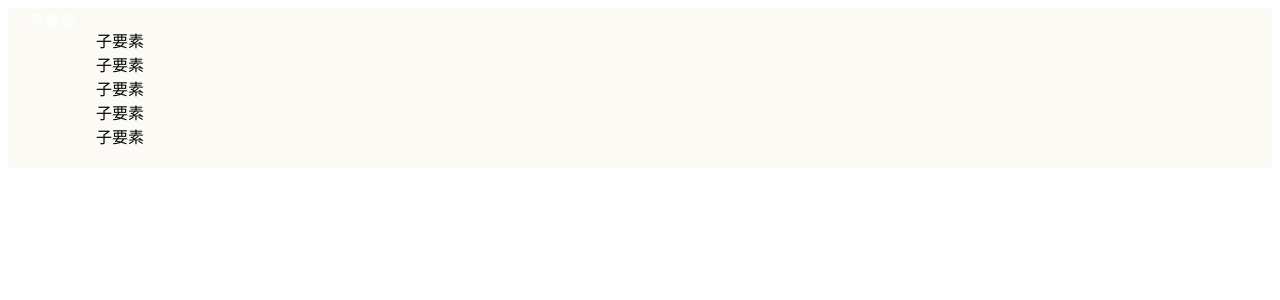
Repository: kyomufire/Potepan_kadai1
Page: Potepan Lessons/index4.html
The author's editor kept a record of every edit. The page is drawn from the files as they stood at one moment, then again after the next edit.
The browser window is 1280 px wide. The pictures show the whole page.

Above is the page before.

After the next edit:
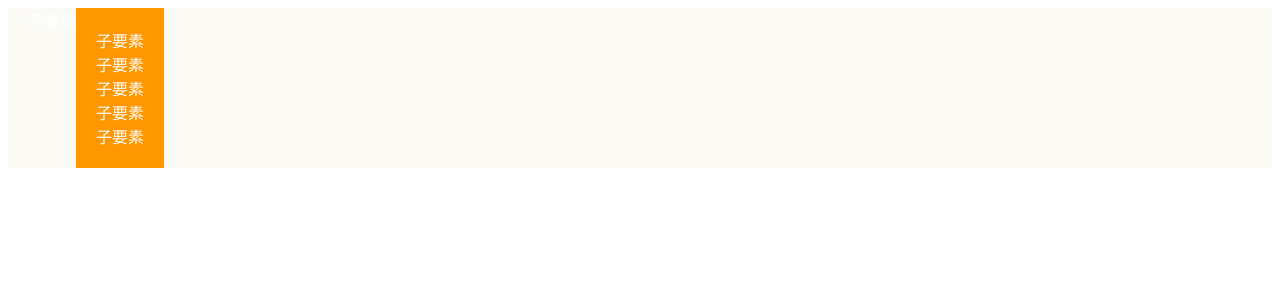
The edit:
--- a/Potepan Lessons/test4.css
+++ b/Potepan Lessons/test4.css
@@ -10,6 +10,7 @@
 }
 
 .ContentRight {
-  color:;
+  color: #fff;
   padding: 20px;
+  background-color: #ff9800;
 }
